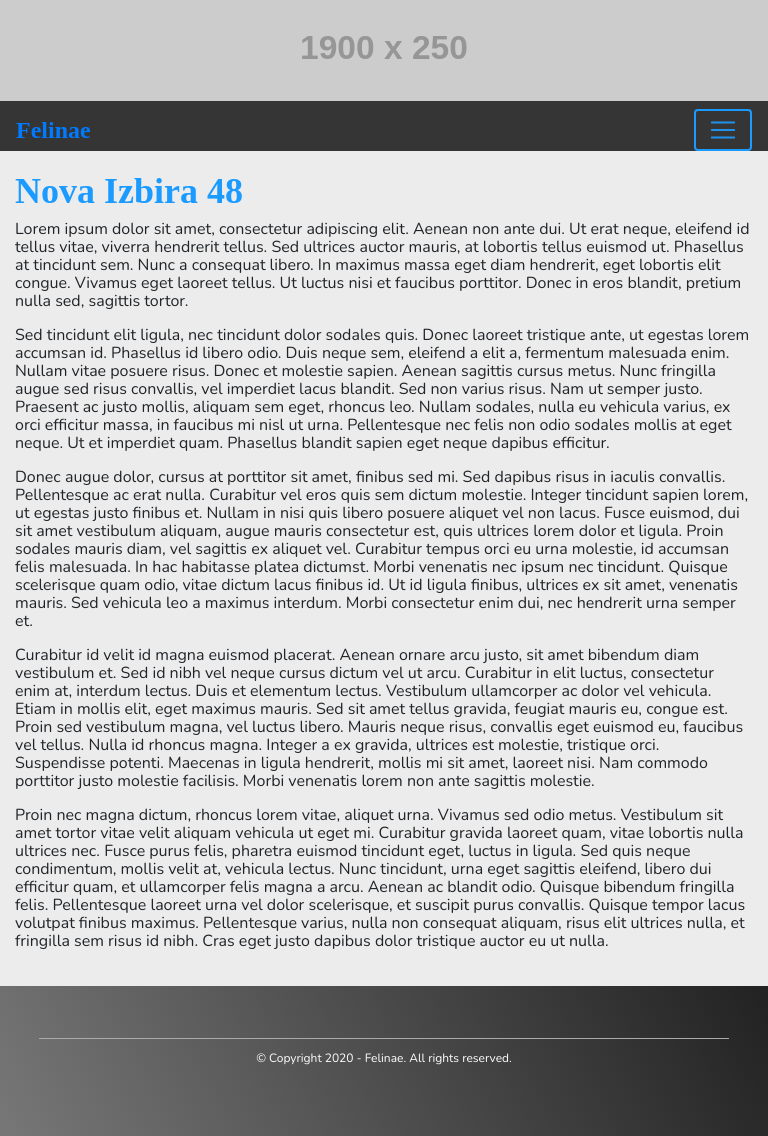
Repository: UrbyK/Felinae
Page: http://localhost/index.php?page=home
The author's editor kept a copy of each file at every save. The page is drawn from the files as they stood at one save, then again after the next save.
The browser window is 768 px wide. The pictures show the whole page.
Some web fonts or font styles are not loaded; a fallback is used. The page is run by PHP 8.4 with error messages shown; the project is at /var/www/html/.

Above is the page before, as saved 2020-08-29 18:37:38.

### index.php
<?php
    session_start();

    include './functions.php';

    $pdo = pdo_connect_mysql();

    $_GET   = filter_input_array(INPUT_GET, FILTER_SANITIZE_STRING);
    $_POST  = filter_input_array(INPUT_POST, FILTER_SANITIZE_STRING);

    $page = isset($_GET['page']) && file_exists($_GET['page']. '.php') ? $_GET['page'] : 'home';
    include $page . '.php';

    template_footer();

?>

### functions.php
<?php
    include './includes/dbh.inc.php';

    include_once('./includes/search-functions.php');
    include_once('./includes/picture-upload.inc.php');

    function template_header($title){
        include_once('./header.php');
    }

    function template_footer(){
        include_once('./footer.php');
    }


    function countries(){
        $pdo = pdo_connect_mysql();
        $stmt = $pdo->prepare("SELECT * FROM country");
        $stmt->execute();
        $result = $stmt->fetchAll(PDO::FETCH_ASSOC);
        return $result;
    }

    function slugify($string){
        return strtolower(trim(preg_replace('/[^A-Za-z0-9-]+/', '-', $string), '-'));
    }

    function get_image($product_id){
        $pdo = pdo_connect_mysql();
        $stmt = $pdo->prepare("SELECT * FROM product_image WHERE product_id = ?");
        $stmt->execute([$product_id]);
        $result = $stmt->fetchAll(PDO::FETCH_ASSOC);
        return $result;
    }

    function retail_price($product_id){
        $pdo = pdo_connect_mysql();
        $stmt = $pdo->prepare("SELECT * FROM product WHERE ID = ?");
        $stmt->execute([$product_id]);
        $product = $stmt->fetch();

        if($product['startsAt'] <= date('Y-m-d H:i:s') && date('Y-m-d H:i:s') <= $product['endsAt']){
            $retail_price = round($product['price']-($product['price']*($product['discount']/100)), 2);
        }
        else{
            $retail_price = $product['price'];
        }

        return $retail_price;

    }

?>

### includes/dbh.inc.php
<?php
    function pdo_connect_mysql(){
        /* credentials */
        $dbHost = 'localhost';
        $dbUser = 'root';
        $dbPass = '';
        $dbName = 'felinae';

        try{
            return new PDO('mysql:host=' . $dbHost . ';dbname=' . $dbName . ';charset=utf8', $dbUser, $dbPass);
        } catch (PDOException $exception) {
            // If there is an error with the connection, stop the script and display the error.
            die ('Failed to connect to database!'. $exception->getMessage());
        }
    }
?>

### includes/search-functions.php
<?php
    function get_city($pdo, $city, $postalCode, $country_id){

        $query = "SELECT * FROM city WHERE country_id = ? AND lower(city) LIKE lower(?) AND postalCode = ?";
        $stmt = $pdo->prepare($query);
        $stmt->execute([$country_id, $city, $postalCode]);
        return $stmt;
    }
?>

### includes/picture-upload.inc.php
<?php

    function image_upload($product_id, $url, $caption, $i){

        $pdo = pdo_connect_mysql();
        $target_dir = "./uploads/";
        $relative_dir = "./uploads/";

        $change_name = date("Y-m-d-h-i-s")."-".$product_id."-".basename($url);
        $change_name;
        $target_file = $target_dir . $change_name;
        $relative_file = $relative_dir . $change_name;

        $uploadOk = 1;
        $imageFileType = strtolower(pathinfo($target_file,PATHINFO_EXTENSION));

        if(isset($_POST["submit"])) {
            $check = getimagesize($_FILES["image"]["tmp_name"][$i]);
            if($check !== false) {
                //echo "File is an image - " . $check["mime"] . ".";
                $uploadOk = 1;
            } else {
                //echo "File is not an image.";
                $uploadOk = 0;
            }
        }

        if($imageFileType != "jpg" && $imageFileType != "png" && $imageFileType != "jpeg"
        && $imageFileType != "gif" ) {
            $uploadOk = 0;
        }

        if ($uploadOk == 1) {
            if (move_uploaded_file($_FILES["image"]["tmp_name"][$i], $target_file)) {
                //vse je ok, zapišem še v bazo
                $query = "INSERT INTO product_image(product_id, image, caption) VALUES (?,?,?)";
                $stmt = $pdo->prepare($query);
                $stmt->execute([$product_id, $relative_file, $caption]);
            }
        }
    }

?>

### home.php
<?=template_header('Home')?>
<div class="row">
    <h1>Nova Izbira 48</h1>
    <p>
    Lorem ipsum dolor sit amet, consectetur adipiscing elit. Aenean non ante dui. Ut erat neque, eleifend id tellus vitae, viverra hendrerit tellus. Sed ultrices auctor mauris, at lobortis tellus euismod ut. Phasellus at tincidunt sem. Nunc a consequat libero. In maximus massa eget diam hendrerit, eget lobortis elit congue. Vivamus eget laoreet tellus. Ut luctus nisi et faucibus porttitor. Donec in eros blandit, pretium nulla sed, sagittis tortor.
    </p>
    <p>
    Sed tincidunt elit ligula, nec tincidunt dolor sodales quis. Donec laoreet tristique ante, ut egestas lorem accumsan id. Phasellus id libero odio. Duis neque sem, eleifend a elit a, fermentum malesuada enim. Nullam vitae posuere risus. Donec et molestie sapien. Aenean sagittis cursus metus. Nunc fringilla augue sed risus convallis, vel imperdiet lacus blandit. Sed non varius risus. Nam ut semper justo. Praesent ac justo mollis, aliquam sem eget, rhoncus leo. Nullam sodales, nulla eu vehicula varius, ex orci efficitur massa, in faucibus mi nisl ut urna. Pellentesque nec felis non odio sodales mollis at eget neque. Ut et imperdiet quam. Phasellus blandit sapien eget neque dapibus efficitur.
    </p>
    <p>
    Donec augue dolor, cursus at porttitor sit amet, finibus sed mi. Sed dapibus risus in iaculis convallis. Pellentesque ac erat nulla. Curabitur vel eros quis sem dictum molestie. Integer tincidunt sapien lorem, ut egestas justo finibus et. Nullam in nisi quis libero posuere aliquet vel non lacus. Fusce euismod, dui sit amet vestibulum aliquam, augue mauris consectetur est, quis ultrices lorem dolor et ligula. Proin sodales mauris diam, vel sagittis ex aliquet vel. Curabitur tempus orci eu urna molestie, id accumsan felis malesuada. In hac habitasse platea dictumst. Morbi venenatis nec ipsum nec tincidunt. Quisque scelerisque quam odio, vitae dictum lacus finibus id. Ut id ligula finibus, ultrices ex sit amet, venenatis mauris. Sed vehicula leo a maximus interdum. Morbi consectetur enim dui, nec hendrerit urna semper et.
    </p>
    <p>
    Curabitur id velit id magna euismod placerat. Aenean ornare arcu justo, sit amet bibendum diam vestibulum et. Sed id nibh vel neque cursus dictum vel ut arcu. Curabitur in elit luctus, consectetur enim at, interdum lectus. Duis et elementum lectus. Vestibulum ullamcorper ac dolor vel vehicula. Etiam in mollis elit, eget maximus mauris. Sed sit amet tellus gravida, feugiat mauris eu, congue est. Proin sed vestibulum magna, vel luctus libero. Mauris neque risus, convallis eget euismod eu, faucibus vel tellus. Nulla id rhoncus magna. Integer a ex gravida, ultrices est molestie, tristique orci. Suspendisse potenti. Maecenas in ligula hendrerit, mollis mi sit amet, laoreet nisi. Nam commodo porttitor justo molestie facilisis. Morbi venenatis lorem non ante sagittis molestie.
    </p>
    <p>
    Proin nec magna dictum, rhoncus lorem vitae, aliquet urna. Vivamus sed odio metus. Vestibulum sit amet tortor vitae velit aliquam vehicula ut eget mi. Curabitur gravida laoreet quam, vitae lobortis nulla ultrices nec. Fusce purus felis, pharetra euismod tincidunt eget, luctus in ligula. Sed quis neque condimentum, mollis velit at, vehicula lectus. Nunc tincidunt, urna eget sagittis eleifend, libero dui efficitur quam, et ullamcorper felis magna a arcu. Aenean ac blandit odio. Quisque bibendum fringilla felis. Pellentesque laoreet urna vel dolor scelerisque, et suscipit purus convallis. Quisque tempor lacus volutpat finibus maximus. Pellentesque varius, nulla non consequat aliquam, risus elit ultrices nulla, et fringilla sem risus id nibh. Cras eget justo dapibus dolor tristique auctor eu ut nulla.
    </p>
</div>

<?=template_footer()?>

### header.php
<!DOCTYPE html>
<html>
    <head>
        <meta charset="utf-8" content="text/html"/>
        <meta name="viewport" content="width=device-width, intital-scale=1.0"/>

        <!-- JavaScript -->
        <script src="https://code.jquery.com/jquery-3.5.1.js" integrity="sha256-QWo7LDvxbWT2tbbQ97B53yJnYU3WhH/C8ycbRAkjPDc=" crossorigin="anonymous"></script>
        <!-- Boostrap -->
            <!-- CSS -->
        <link rel="stylesheet" href="https://stackpath.bootstrapcdn.com/bootstrap/4.5.0/css/bootstrap.min.css"
            integrity="sha384-9aIt2nRpC12Uk9gS9baDl411NQApFmC26EwAOH8WgZl5MYYxFfc+NcPb1dKGj7Sk" crossorigin="anonymous" />

            <!-- JavaScript -->
        <script src="https://stackpath.bootstrapcdn.com/bootstrap/4.5.0/js/bootstrap.bundle.min.js"
             integrity="sha384-1CmrxMRARb6aLqgBO7yyAxTOQE2AKb9GfXnEo760AUcUmFx3ibVJJAzGytlQcNXd" crossorigin="anonymous"></script>

        <!-- FONTAWESOME -->
        <link rel="stylesheet" href="https://stackpath.bootstrapcdn.com/font-awesome/4.7.0/css/font-awesome.min.css" integrity="sha384-wvfXpqpZZVQGK6TAh5PVlGOfQNHSoD2xbE+QkPxCAFlNEevoEH3Sl0sibVcOQVnN"
         crossorigin="anonymous">

         <script src="./js/active-menu.js" crossorigin="anonymous"></script>

         <!--CUSTOM CSS-->
         <link rel="stylesheet" href="./css/style.css">

        <title>Felinae</title>
    </head>

    <body>

        <header>
            <div class="banner"><img src="https://via.placeholder.com/1900x250" alt="banner"></div>
        </header>

       <!-- <nav class="navbar sticky-top navbar-expand-lg navbar-light bg-light ">-->
        <nav class="navbar sticky-top navbar-expand-lg">
            <a class="navbar-brand" href="#">Felinae</a>
            <button class="navbar-toggler ml-auto custom-toggler" type="button" data-toggle="collapse" data-target="#navbarSupportedContent" aria-controls="navbarSupportedContent" aria-expanded="false" aria-label="Toggle navigation">
                <span class="navbar-toggler-icon"></span>
            </button>

            <div class="collapse navbar-collapse" id="navbarSupportedContent">

                <ul class="navbar-nav mr-auto">
                    <li class="nav-item">
                        <a class="nav-link" href="./index.php"><i class="fa fa-home" aria-hidden="true"></i> Domov <span class="sr-only">(current)</span></a>
                    </li>
                    <li class="nav-item">
                        <a class="nav-link" href="./index.php?page=home">Link</a>
                    </li>
                    <li class="nav-item dropdown" >
                        <a class="nav-link dropdown-toggle" href="#" id="navbarDropdown" role="button" data-toggle="dropdown" aria-haspopup="true" aria-expanded="false">
                        Dropdown
                        </a>
                        <div class="dropdown-menu" aria-labelledby="navbarDropdown">
                        <a class="dropdown-item" href="#">Action</a>
                        <a class="dropdown-item" href="#">Another action</a>
                        <div class="dropdown-divider"></div>
                        <a class="dropdown-item" href="#">Something else here</a>
                        </div>
                    </li>

                    <li class="nav-item">
                        <a class="nav-link" href="./index.php?page=profile">Profil</a>
                    </li>
                    <li class="nav-item">
                        <a class="nav-link" href="./index.php?page=register-user">Registracija</a>
                    </li>
                    <li class="nav-item">
                        <a class="nav-link" href="./index.php?page=login">Prijava</a>
                    </li>
                    <li class="nav-item">
                        <a class="nav-link" href="./index.php?page=logout">Odjava</a>
                    </li>
                    <li class="nav-item">
                        <a class="nav-link" href="./index.php?page=products">Izdelki</a>
                    </li>
                    <li class="nav-item">
                        <a class="nav-link" href="./index.php?page=product-add">Dodaj</a>
                    </li>

                </ul>

                <form class="form-inline my-2 my-lg-0">
                    <input class="form-control mr-sm-2" type="search" placeholder="Search" aria-label="Search">
                    <button class="btn btn-outline-success my-2 my-sm-0" type="submit">Search</button>
                </form>

            </div>
        </nav>

    <div class="container-fluid">

### footer.php
    </div><!-- class="container-fluid" --->

        <footer class="page-footer font-small flow-footer" id="footer" role="contentinfo">
            <div class="footer-wrapper">
                <div class="container container-footer">
                    <div class="row">

                        <div class="col-12 copy">

                            <p class="text-center">&copy; Copyright 2020 - Felinae.  All rights reserved.</p>

                        </div>

                    </div>
                </div>
            </div>
        </footer>





    </body>
</html>

### js/active-menu.js
$(function(){
    // this will get the full URL at the address bar
    var url = window.location.href;

    // passes on every "a" tag
    $(".navbar a").each(function() {
            // checks if its the same on the address bar
        if(url === (this.href)) {
            $(this).closest("li").addClass("active");
        }
    });
});

### css/style.css
@import url('http://fonts.googleapis.com/css?family=Oxygen+Mono');
@import url('https://fonts.googleapis.com/css?family=Damion|Neucha|Pacifico|Yellowtail&display=swap');
@import url('https://fonts.googleapis.com/css2?family=Crimson+Text&family=Nunito&family=Overlock&family=Source+Sans+Pro&display=swap');
@import url('https://fonts.googleapis.com/css2?family=Love+Ya+Like+A+Sister&display=swap');

*{
    text-decoration: none;
    list-style: none;
}

body{
    padding: 0;
    margin: 0 auto;
    font-size: 16px;
    line-height: 1.125em;
    font-family: 'Nunito', 'Source Sans Pro', sans-serif;
    background-color: #ececec;
}

h1, h2, h3, h4, h5, h6{
    font-family: 'Overlock', 'Crimson Text', cursive, serif;
    color: #1b9bff;
    font-weight: 550;
    line-height: 1.125em;
}

h1{
    font-size: 36px;
}
h2{
    font-size: 32px;
}
h3{
    font-size: 28px;
}
h4{
    font-size: 24px;
}
h5{
    font-size: 20px;
}
h6{
    font-size: 16px;
}

.container, .container-fluid{
  height: 100%;
}

/* BANNER */
.banner img{
    width: 100%;
    height: auto;
}

/*NAVBAR*/
.navbar{
    background-color: rgb(53,53,53);
    font-size: 18px;
    font-weight: 600;
    max-height: 50px;
}

.navbar-brand{
    font-size: 24px;
    font-family: 'Love Ya Like A Sister','Overlock';
    font-weight: 800;

}

.custom-toggler .navbar-toggler-icon {
    background-image: url("data:[embedded picture, 239 characters]");
  }

  .custom-toggler, .navbar-toggler {
    border-color: rgb(27, 155, 255);
    border-width: 2px;
  }

  .active{
    background-color: #FAFAFA;
    border-radius: 3px;
  }
.navbar-nav .nav-item{
    border-right: 2px solid #888;
}

/*=======FOOTER=========*/
footer {
  background: #535355;
  background: -webkit-linear-gradient(63deg, #777777, #222222);
  background: linear-gradient(63deg, #777777, #222222);
  color: white;
  height: 150px;
  position: relative;
  width: 100%;
}

footer a {
  color: #fefefe;
  font-size: 14px;
  transition-duration: 0.2s;
}

footer a:hover {
  color: #1b9bff;
  text-decoration: none;
}

.copy {
  font-size: 12px;
  padding: 10px;
  border-top: 1px solid #aaa;
}

.footer-wrapper {
  padding-top: 2em;
  color: white;
}



/*REGISTER/LOGIN FORM*/

.my-form .hint{
    font-size: 10px;
}

/*======PRODUCT ADD======*/
.form-group .col #charNum{
  float: right;
}

/*======== HOVERBOX ==============*/
/* displays text when you hover over the image */
.hvrbox,
.hvrbox * {
  box-sizing: border-box;
}

.hvrbox {
  position: relative;
  display: inline-block;
  overflow: hidden;

  height: 100%;
  width: auto;
  margin-top: 5%;
  padding-bottom: 10px;

  border-bottom: 1px dashed #aaa;
}

.hvrbox img {
  max-width: 100%;
  margin: auto;
}

.hvrbox .hvrbox-layer_bottom {
  display: block;
}

.hvrbox .hvrbox-layer_top {
  opacity: 0;
  position: absolute;
  top: 0;
  left: 0;
  right: 0;
  bottom: 0;
  width: 100%;
  height: 100%;
  background: rgba(0, 0, 0, 0.6);
  color: #fff;
  padding: 15px;
  -moz-transition: all 0.5s ease-in-out 0s;
  -webkit-transition: all 0.5s ease-in-out 0s;
  -ms-transition: all 0.5s ease-in-out 0s;
  transition: all 0.5s ease-in-out 0s;
}

.hvrbox:hover .hvrbox-layer_top,
.hvrbox.active .hvrbox-layer_top {
  opacity: 1;
  height: 100%;
}

.hvrbox .hvrbox-text {
  text-align: center;
  font-size: 17px;
  display: inline-block;
  position: absolute;
  top: 50%;
  left: 50%;
  -moz-transform: translate(-50%, -50%);
  -webkit-transform: translate(-50%, -50%);
  -ms-transform: translate(-50%, -50%);
  transform: translate(-50%, -50%);
}

.hvrbox .hvrbox-text_mobile {
  font-size: 15px;
  border-top: 1px solid rgb(179, 179, 179); /* for old browsers */
  border-top: 1px solid rgba(179, 179, 179, 0.7);
  margin-top: 5px;
  padding-top: 2px;
  display: none;
}

.hvrbox.active .hvrbox-text_mobile {
  display: block;
}

.hvrbox .hvrbox-layer_slideup {
  -moz-transform: translateY(100%);
  -webkit-transform: translateY(100%);
  -ms-transform: translateY(100%);
  transform: translateY(100%);
}

.hvrbox:hover .hvrbox-layer_slideup,
.hvrbox.active .hvrbox-layer_slideup {
  -moz-transform: translateY(0);
  -webkit-transform: translateY(0);
  -ms-transform: translateY(0);
  transform: translateY(0);
}

.hvrbox:hover .price{
  color: #fff;
  -moz-transition: color 0.8s ease 0s;
  -webkit-transition: color 0.8s ease 0s;
  -ms-transition: color 0.8s ease 0s;
  transition: color 0.8s ease 0s;
}

/*========PRODUCTS=========*/
.card-btn form input{
  max-width: 250px;
  width: 100%;
}

form input[type="number"] {
  width: 100%;
	padding: 10px;
	margin-bottom: 15px;
	border: 1px solid #aaa;
	color: #555555;
  border-radius: 5px;
  -moz-appearance: textfield;
}

form input[type="submit"] {
	background-color: #1b9bff;;
	border: 0;
	color: #FFFFFF;
	width: 100%;
	padding: 12px 0;
	text-transform: uppercase;
	font-size: 14px;
	font-weight: bold;
	border-radius: 5px;
  cursor: pointer;

}

form input[type="submit"]:hover {
	background-color: #1a5f94;;
}


.product-item {
  background-color: #fff;
  border: 1px solid black;
}

.product-name{
  font-size: 16px;
  /*padding-top: 15px;*/
  font-weight: bold;
  color: #1b9bff;
  font-family: 'Franklin Gothic Medium', 'Arial Narrow', Arial, sans-serif;
}

.product-name:hover{
color: #1a5f94;
}



/* THUMBNAIL FOR IMAGE PREVIEW ON PRODUCTS*/
.img-thumbnail{
  max-height: 100%;
  height: auto;
  width: auto;
}

.row{
  margin: 20px auto;
}


/* CARD */
.products-preview{
  max-height: 450px;
}

.products-preview-body{
  height: 200px;

}

.products-preview-body ul{
  list-style: none;
  padding: 0;
}
/*
.products-preview-body span {
  position: relative;
  display: block;
}*/

/*==products prices==*/
.card-btn{
  margin: 20px auto;
}

.price{
  font-weight: bold;
  font-size: 20px;
  color: #3f3f3f;
  }

.old-price{
  font-size: 20px;
  margin: 0 5px;
  font-weight: normal;
  color: #777;
}

.discount{
  font-size: 18px;
  color: #eee;
  font-weight: 900;
  border: 2px solid #009900;
  border-radius: 50%;
  background-color: #009900;
  margin: 3px;
  padding: 5px;
  float: right;
  text-decoration: none;
}

del, .old-price{
  text-decoration: line-through;
}

input[type=submit]:disabled{
  background-color: #346081;
}

.product-picture{
  display: flex;
  align-items: center;
  justify-content: center;
}

.product-picture img{
  align-items: center;
  justify-content: center;
  max-width: 100%;
  margin: auto;
  border: 2px solid #aaa;
  max-height: 650px;
  /*border-radius: 50px;*/
}



.product-info{
  margin: auto 0;
  padding-right: 5%;
  padding-bottom: 55px;
  background-color: #efefef;
}

.product-info h1 {
	font-size: 34px;
	font-weight: normal;
	margin: 0;
  padding: 20px 0 10px 0;
  color: #1b9bff;
  font-family:  'Franklin Gothic Medium', 'Arial Narrow', Arial, sans-serif;
}

.product-info .price {
	display: block;
	font-size: 22px;
}

.product-info form {
	display: flex;
	flex-flow: column;
  margin: 40px 0;
}

.product-info form input,
.card-btn form input{
  max-width: 250px;
  width: 100%;
}

.product-info form input[type="number"],
.card-btn form input[type="number"],
.cart form input[type="number"] {
  width: 100%;
	padding: 10px;
	margin-bottom: 15px;
	border: 1px solid #aaa;
	color: #555555;
  border-radius: 5px;
  -moz-appearance: textfield;
}

.product-info form input[type="submit"],
.card-btn form input[type="submit"] {
	background-color: #1b9bff;;
	border: 0;
	color: #FFFFFF;
	width: 100%;
	padding: 12px 0;
	text-transform: uppercase;
	font-size: 14px;
	font-weight: bold;
	border-radius: 5px;
  cursor: pointer;

}
.product-info form input[type="submit"]:hover,
.card-btn form input[type="submit"]:hover {
	background-color: #1a5f94;;
}
/*
.product-price .old-price{
  float: left;
}
*/
li .discount{
  float: none;
  text-decoration: none !important;
}

.product-price .retail-price{
  font-size: 38px;
  margin-top: 24px;
}

/*===CAROUSEL===*/
.carousel-control:hover{
  background-color: rgba(51, 51, 51, 0.5);
}

.carousel-inner {
  margin: auto 0;
}

.sales-date{
  margin-bottom: 10px;
  font-size: 18px;
  color: #009900;
}

.whitespace{
  white-space: pre-wrap;
}

.products-preview{
  margin: 5px auto;
}

.measurements{
  white-space: nowrap;
}

.measurements li{
  display: inline;
}


/*======FOOTER======*/

After the next save:
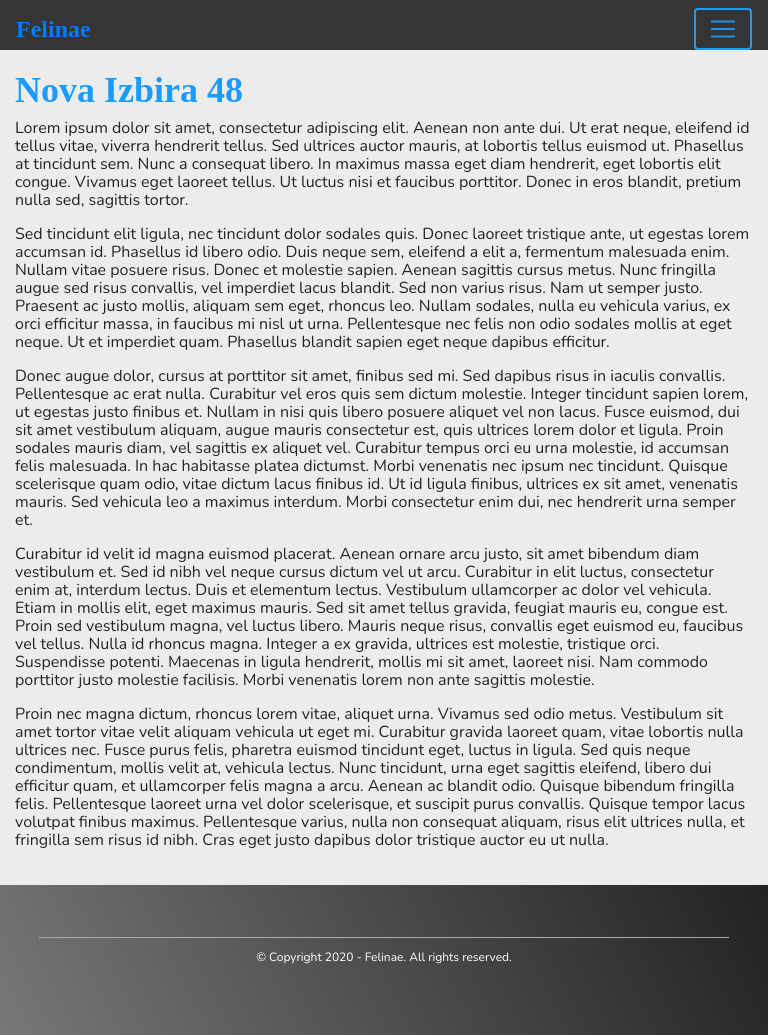
Saved 29 s later.
--- a/css/style.css
+++ b/css/style.css
@@ -48,6 +48,13 @@ h6{
 }
 
 /* BANNER */
+
+@media all and (max-width: 800px){
+  .banner{
+     display: none;
+  }
+}
+
 .banner img{
     width: 100%;
     height: auto;
